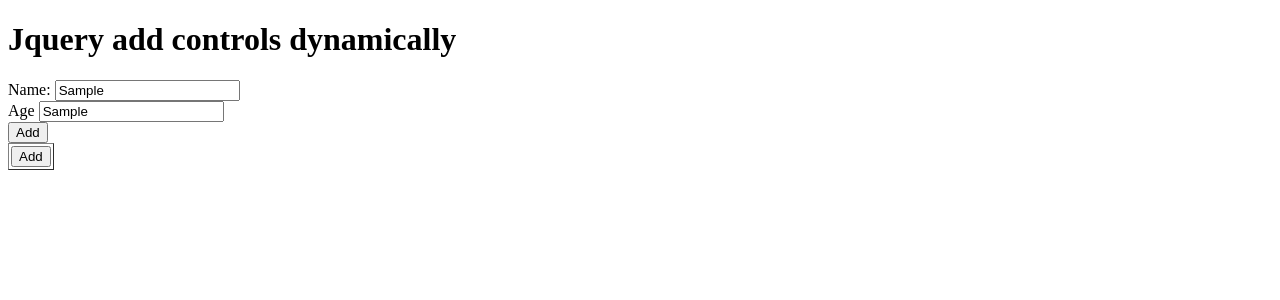
Repository: Padminivittal/Padmini-MWB
Page: MWB Day1/WebContent/lab4.html
An editor plug-in stored every save of this project. The page is shown before and after the next save, followed by the edit.
The browser window is 1280 px wide. The pictures show the whole page.
Empty fields were first filled with sample values (such as "Sample", 5 or name@example.com).
After loading, the first visible `#btnAdd` was clicked once.

Above is the page before, as saved 2012-07-20 10:22:49.

After the next save:
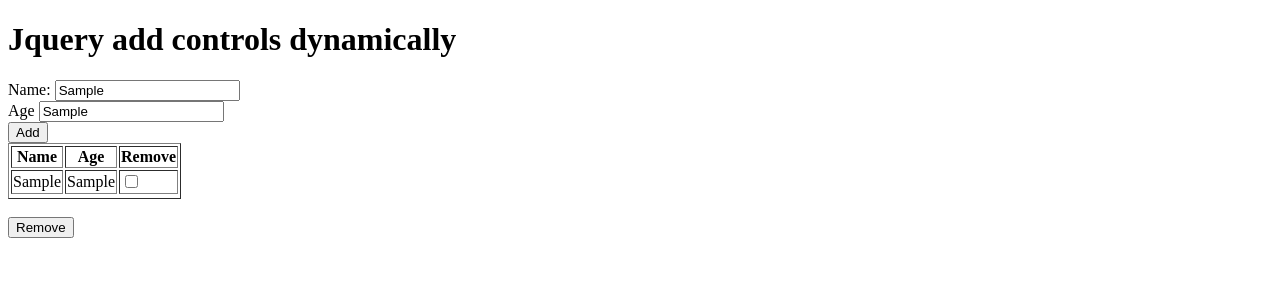
Saved 39 s later.
--- a/MWB Day1/WebContent/lab4.html
+++ b/MWB Day1/WebContent/lab4.html
@@ -9,7 +9,7 @@ $().ready(function(){
 	$("#btnAdd").on("click", function()
 	{
 		$("#tblpeople").append("<tr><td>"+ $("#name").val()+"</td><td>"+$("#age").val()+"</td><td><input type='checkbox' id='check'/></td><tr>")
-		$("#tblpeople").html("<input type='button' value='Add' id='btnremove'/>")
+		$("#remove").html("<input type='button' value='Remove' id='btnremove'/>")
 	});
 	$("#btnremove").on("click", function()
 			{
